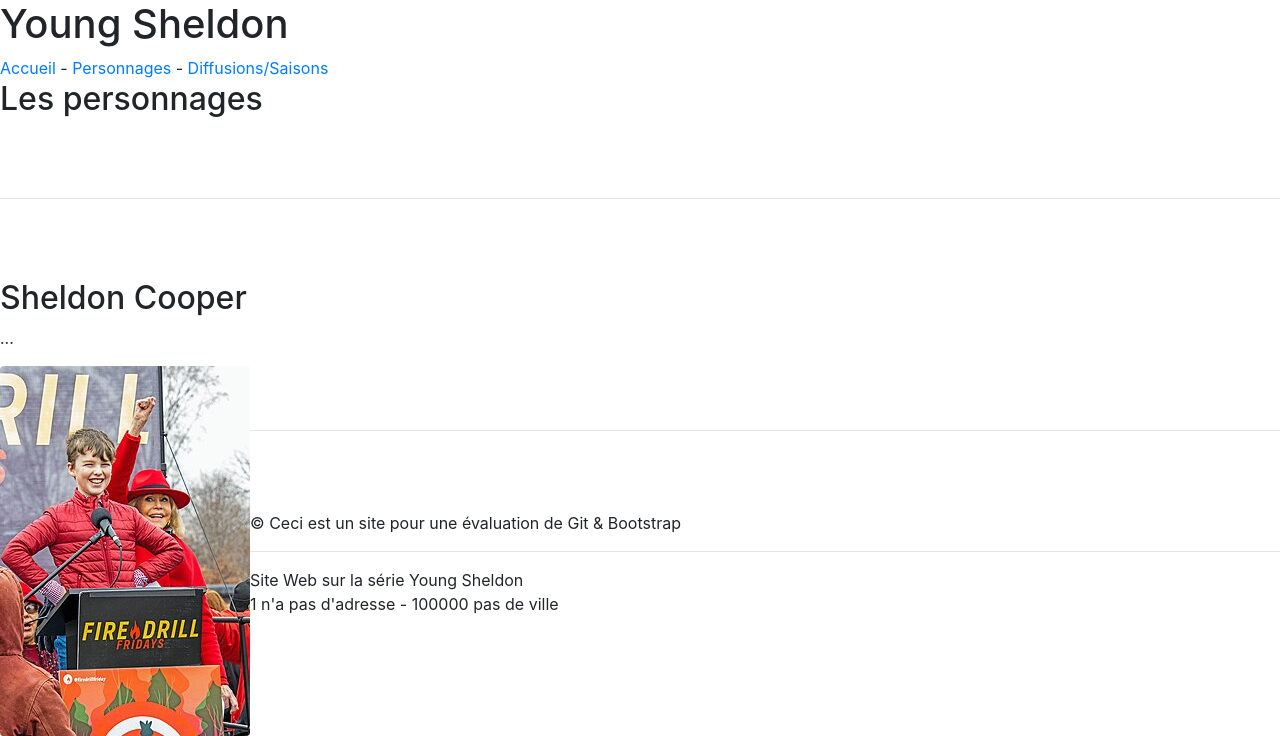
Repository: jkoz-dev/Site_Web_Young_Sheldon_KOZIEL.github.io
Page: personnages.html
These files come from the project's save history. The page is drawn as it stood at one moment and after the next save; the edit follows.
The browser window is 1280 px wide. The pictures show the whole page.

Above is the page before, as saved 2025-12-12 11:42:20.

### personnages.html
<!DOCTYPE html>
<html lang="fr">

<head> <!-- En-tête de la page -->
    <meta charset="utf-8" /> <!-- Cette balise indique l'encodage utilisé dans votre fichier .html ici utf-8 -->
    <title>Young Sheldon</title> <!-- Ce titre s'affiche dans l'onglet du navigateur -->
    <meta name="viewport" content="width=device-width, initial-scale=1, shrink-to-fit=no">
    <link rel="stylesheet" href="https://cdn.jsdelivr.net/npm/bootstrap@4.5.3/dist/css/bootstrap.min.css"
        integrity="sha384-TX8t27EcRE3e/ihU7zmQxVncDAy5uIKz4rEkgIXeMed4M0jlfIDPvg6uqKI2xXr2" crossorigin="anonymous">
    <link rel="stylesheet" href="style.css" />
</head>

<body> <!-- Corps de la page -->

    <!-- HEADER Titre de la page -->
    <header>
        <h1>Young Sheldon</h1>
    </header>
    <!-- MENU PRINCIPAL -->
    <nav><a href="index.html">Accueil</a> - <a href="personnages.html">Personnages</a> - <a
            href="saisons.html">Diffusions/Saisons</a></nav>

    <!-- ZONE PRINCIPALE -->
    <h2>Les personnages</h2>
    <hr class="barre_separation">
    <h2>Sheldon Cooper</h2>
    <p>...</p>
    <img src="./images/sheldon_cooper.jpg" class="rounded float-left" alt="sheldon cooper jeune">
    <hr class="barre_separation">

    <footer>
        <p>&copy; Ceci est un site pour une évaluation de Git & Bootstrap </p>
        <hr>
        <address>Site Web sur la série Young Sheldon <br> 1 n'a pas d'adresse - 100000 pas de ville</address>
    </footer>
</body>

</html>

### style.css
.barre_separation {
  margin: 5rem 0;
}

After the next save:
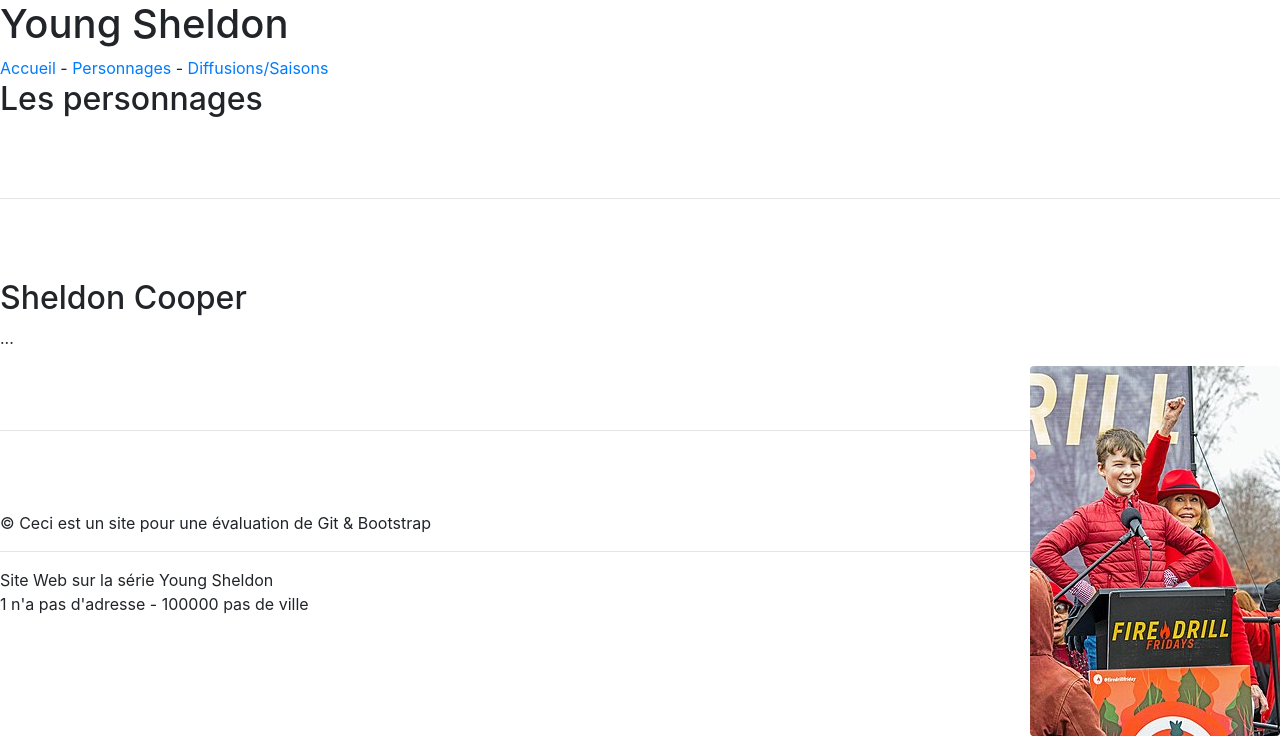
Saved 14 s later.
--- a/personnages.html
+++ b/personnages.html
@@ -25,7 +25,7 @@
     <hr class="barre_separation">
     <h2>Sheldon Cooper</h2>
     <p>...</p>
-    <img src="./images/sheldon_cooper.jpg" class="rounded float-left" alt="sheldon cooper jeune">
+    <img src="./images/sheldon_cooper.jpg" class="rounded float-right" alt="sheldon cooper jeune">
     <hr class="barre_separation">
 
     <footer>
